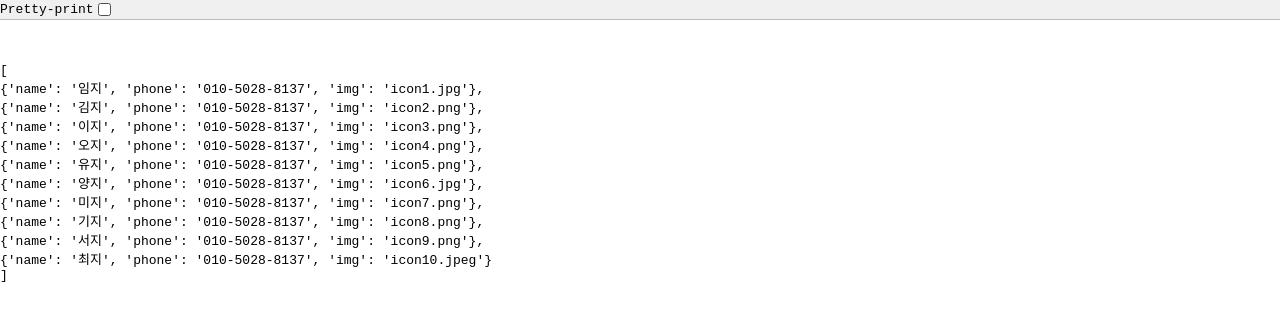
Repository: nicesick/TIL_In_Academy
Page: http://localhost/WebView/item.jsp
These files come from the project's save history. The page is drawn as it stood at one moment and after the next save; the edit follows.
The browser window is 1280 px wide. The pictures show the whole page.
The page is served by Tomcat 9.

Above is the page before, as saved 2019-09-04 05:13:14.

After the next save:
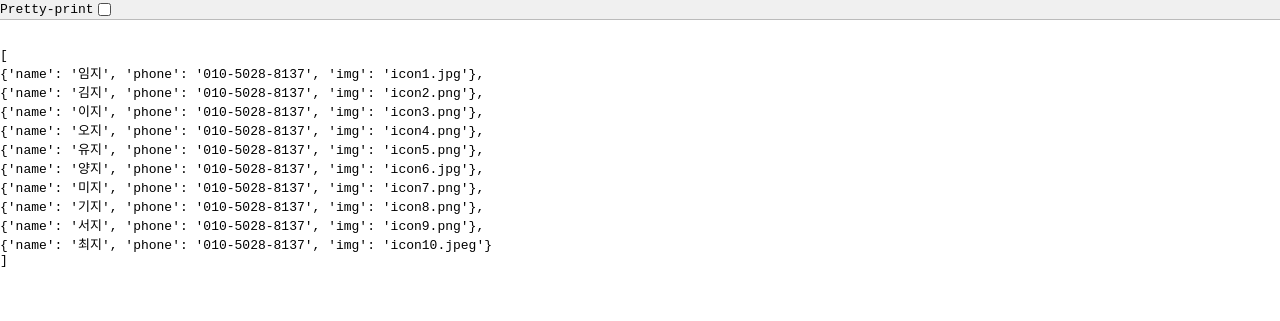
Saved 41 s later.
--- a/Android_Archive/WebView/web/item.jsp
+++ b/Android_Archive/WebView/web/item.jsp
@@ -1,6 +1,5 @@
 <%@ page language="java" contentType="text/json; charset=EUC-KR"
     pageEncoding="EUC-KR"%>
-
 [
 {'name': '임지', 'phone': '010-5028-8137', 'img': 'icon1.jpg'},
 {'name': '김지', 'phone': '010-5028-8137', 'img': 'icon2.png'},
